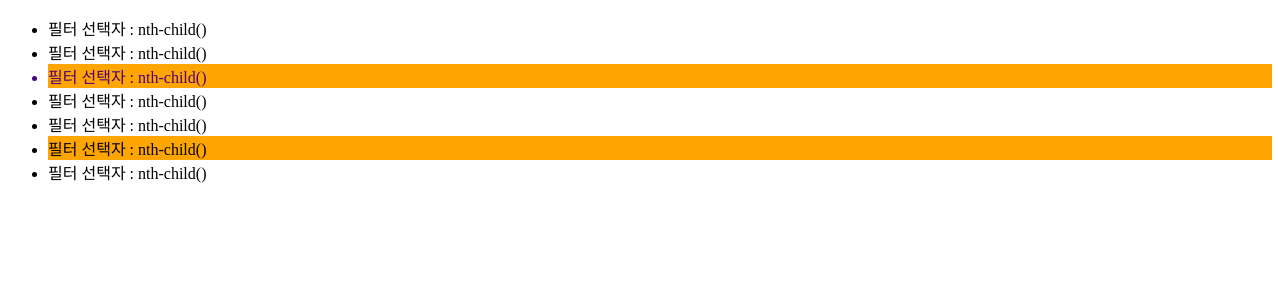
Repository: KangSuA/JSP
Page: webApp/src/main/webapp/jquery/jq05_select.html
The author's editor kept a copy of each file at every save. The page is drawn from the files as they stood at one save, then again after the next save.
The browser window is 1280 px wide. The pictures show the whole page.

Above is the page before, as saved 2023-02-14 06:27:50.

### webApp/src/main/webapp/jquery/jq05_select.html
<!DOCTYPE html>
<html>
<head>
<meta charset="UTF-8">
<title>Insert title here</title>
<script src="https://cdnjs.cloudflare.com/ajax/libs/jquery/3.6.3/jquery.min.js" ></script>
<style>
	.c1{color:white; background:black;}
	.c2{color:indigo; background:orange;}
	.c3{color:orange; background:blue;}
</style>
<script>
	$(function(){
		$("#f>li:nth-child(3n)").css('background','orange');

		//addClass() - 클래스 추가
		//remobeClass() - 클래스 지우기
		//toggleClass()

		$("#f>li").eq(1).addClass('c1');
		$("#f>li").eq(1).removeClass('c1');

		$("#f>li").eq(2).addClass('c2');
		$("#f>li").eq(2).addClass('c3');
		$("#f>li").eq(2).removeClass('c3');
	});
</script>
</head>
<body>
<ul id="f">
	<li>필터 선택자 : nth-child()</li>
	<li>필터 선택자 : nth-child()</li>
	<li>필터 선택자 : nth-child()</li>
	<li>필터 선택자 : nth-child()</li>
	<li>필터 선택자 : nth-child()</li>
	<li>필터 선택자 : nth-child()</li>
	<li>필터 선택자 : nth-child()</li>
</ul>
</body>
</html>

After the next save:
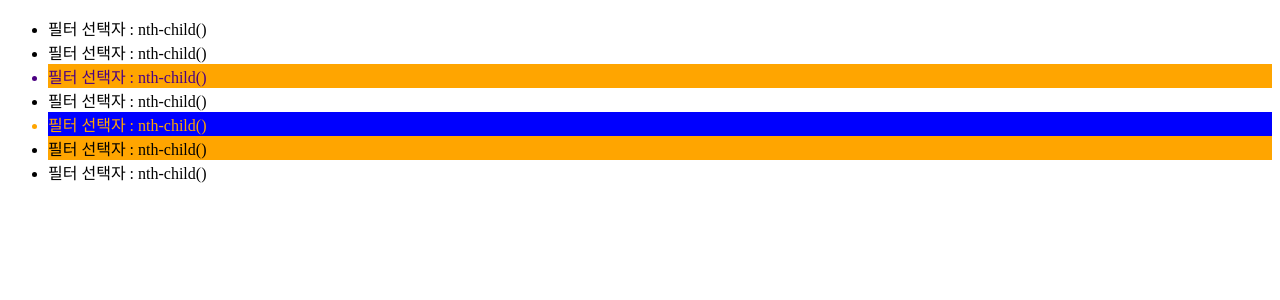
Saved 51 s later.
--- a/webApp/src/main/webapp/jquery/jq05_select.html
+++ b/webApp/src/main/webapp/jquery/jq05_select.html
@@ -23,6 +23,8 @@
 		$("#f>li").eq(2).addClass('c2');
 		$("#f>li").eq(2).addClass('c3');
 		$("#f>li").eq(2).removeClass('c3');
+
+		$("#f>li").eq(4).toggleClass('c3');
 	});
 </script>
 </head>
